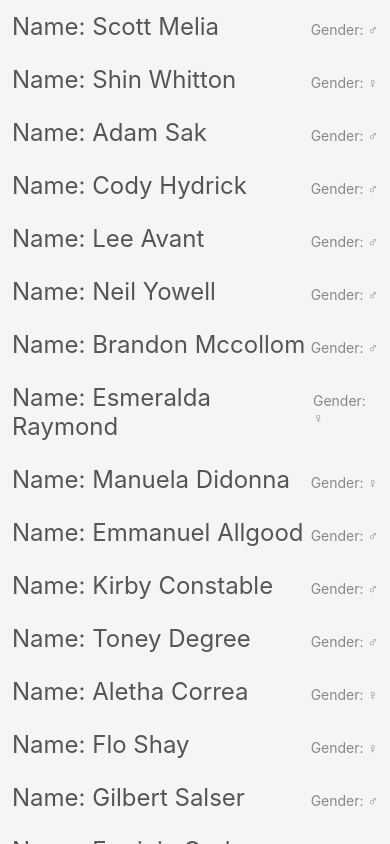
Repository: kfrancois/Bachelorproef-Apps
Screen: / (app in React Native/ListApp/.vscode/)
An editor plug-in stored every save of this project. The screen is shown before and after the next save, followed by the edit.
An inner scrolling area shows only its first screen. The app was drawn by React Native's web renderer in a window 390 px wide. The project was rebuilt for these pictures with package versions that can differ from the ones it lists, and the page was loaded fresh each time.

Above is the screen before, as saved 2018-04-23 15:15:08.

### React Native/ListApp/.vscode/App.js
import React, { Component } from 'react';
import MyListView from './src/listView';

// type Props = {};
export default class App extends Component {
  render() {
    return <MyListView />;
  }
}

### React Native/ListApp/.vscode/src/listView.js
import React, { Component } from 'react';
import { View, FlatList, Text, SafeAreaView, StyleSheet } from 'react-native';
import items from './items';
import Row from './row';

export default class MyListView extends Component {
  render() {
    return (
      <SafeAreaView style={{ flex: 1, backgroundColor: 'whitesmoke' }}>
        <FlatList
          style={styles.idk}
          contentContainerStyle={styles.container}
          data={items}
          renderItem={data => {
            return <Row item={data.item} />;
          }}
        />
      </SafeAreaView>
    );
  }
}

const styles = StyleSheet.create({
  idk: {
    flex: 1,
    backgroundColor: 'whitesmoke'
  },
  container: {
    flexGrow: 1,
    justifyContent: 'space-between'
  },
  item: {
    margin: 10,
    padding: 10,
    fontSize: 14,
    height: 44,
    backgroundColor: '#222',
    borderRadius: 5
  }
});

### React Native/ListApp/.vscode/src/items.js
const items = [
  { key: '0', name: 'Scott Melia', gender: '♂' },
  { key: '1', name: 'Shin Whitton', gender: '♀' },
  { key: '2', name: 'Adam Sak', gender: '♂' },
  { key: '3', name: 'Cody Hydrick', gender: '♂' },
  { key: '4', name: 'Lee Avant', gender: '♂' },
  { key: '5', name: 'Neil Yowell', gender: '♂' },
  { key: '6', name: 'Brandon Mccollom', gender: '♂' },
  { key: '7', name: 'Esmeralda Raymond', gender: '♀' },
  { key: '8', name: 'Manuela Didonna', gender: '♀' },
  { key: '9', name: 'Emmanuel Allgood', gender: '♂' },
  { key: '10', name: 'Kirby Constable', gender: '♂' },
  { key: '11', name: 'Toney Degree', gender: '♂' },
  { key: '12', name: 'Aletha Correa', gender: '♀' },
  { key: '13', name: 'Flo Shay', gender: '♀' },
  { key: '14', name: 'Gilbert Salser', gender: '♂' },
  { key: '15', name: 'Erminia Gorka', gender: '♀' },
  { key: '16', name: 'Maura Stoudt', gender: '♀' },
  { key: '17', name: 'Mireya Scheerer', gender: '♀' },
  { key: '18', name: 'Arnoldo Billick', gender: '♂' },
  { key: '19', name: 'Jed Todaro', gender: '♂' },
  { key: '20', name: 'Lucien Mucci', gender: '♂' },
  { key: '21', name: 'Emily Mayhan', gender: '♀' },
  { key: '22', name: 'Brock Renshaw', gender: '♂' },
  { key: '23', name: 'Hui Gunnells', gender: '♀' },
  { key: '24', name: 'Clifford Mendell', gender: '♂' },
  { key: '25', name: 'Kenton Sander', gender: '♂' },
  { key: '26', name: 'Edmundo Wainwright', gender: '♂' },
  { key: '27', name: 'Emilio Kirtley', gender: '♂' },
  { key: '28', name: 'Boris Pelchat', gender: '♂' },
  { key: '29', name: 'Elli Palmisano', gender: '♀' },
  { key: '30', name: 'Lonna Vanorden', gender: '♀' },
  { key: '31', name: 'Emelia Wax', gender: '♀' },
  { key: '32', name: 'Akilah Medeiros', gender: '♀' },
  { key: '33', name: 'Burt Bonebrake', gender: '♂' },
  { key: '34', name: 'Darcy Mccullum', gender: '♀' },
  { key: '35', name: 'Janae Pabst', gender: '♀' },
  { key: '36', name: 'Coleman Rispoli', gender: '♂' },
  { key: '37', name: 'Cassidy Lanctot', gender: '♀' },
  { key: '38', name: 'Brunilda Comeaux', gender: '♀' },
  { key: '39', name: 'Jaymie Poteet', gender: '♀' },
  { key: '40', name: 'Coleen Sudderth', gender: '♀' }
];

export default items;

### React Native/ListApp/.vscode/src/row.js
import React from 'react';
import { View, Text, StyleSheet } from 'react-native';

const styles = StyleSheet.create({
  container: {
    padding: 12,
    flexDirection: 'row',
    justifyContent: 'space-between',
    alignItems: 'baseline',
    alignSelf: 'stretch'
  },
  rowHeading: {
    fontSize: 24,
    color: '#555'
  },
  rowText: {
    fontSize: 14,
    color: '#888'
  }
});

const Row = props => {
  const item = props.item;
  const { name, gender } = item;
  return (
    <View style={styles.container}>
      <Text style={styles.rowHeading}>Name: {name}</Text>
      <Text style={styles.rowText}>Gender: {gender}</Text>
    </View>
  );
};

export default Row;

After the next save:
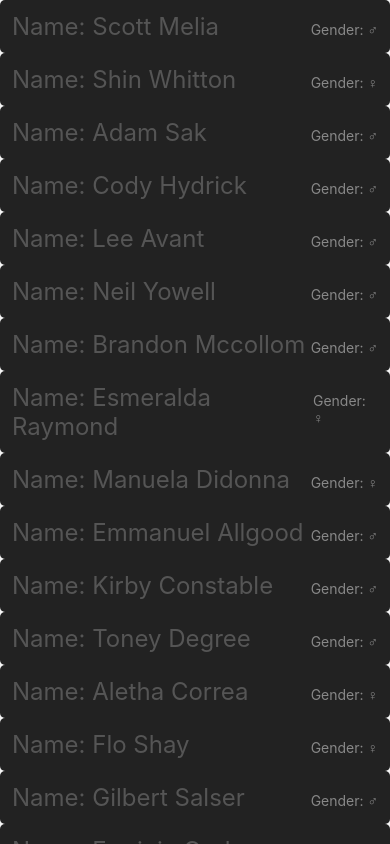
Saved 15 s later.
--- a/React Native/ListApp/.vscode/src/row.js
+++ b/React Native/ListApp/.vscode/src/row.js
@@ -7,7 +7,9 @@ const styles = StyleSheet.create({
     flexDirection: 'row',
     justifyContent: 'space-between',
     alignItems: 'baseline',
-    alignSelf: 'stretch'
+    alignSelf: 'stretch',
+    backgroundColor: '#222',
+    borderRadius: 5
   },
   rowHeading: {
     fontSize: 24,
